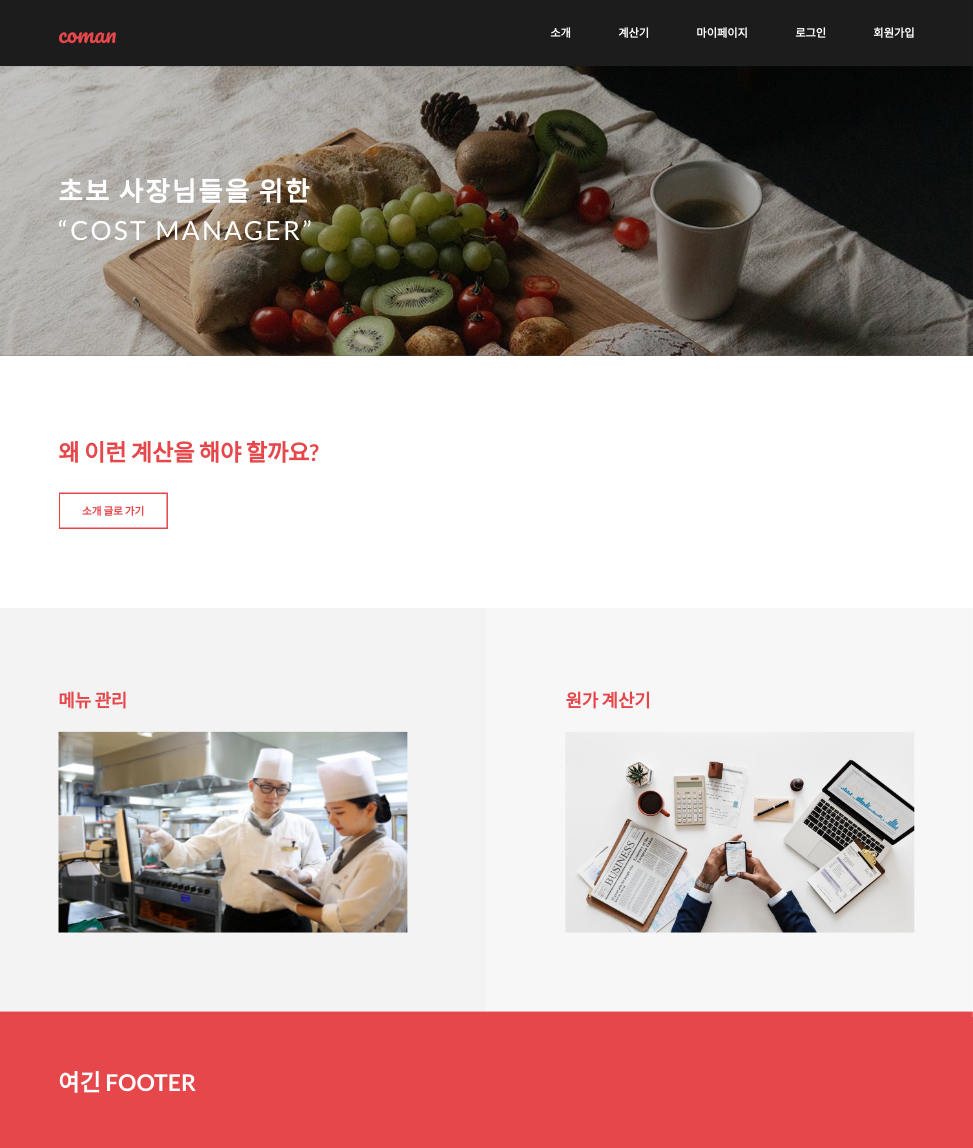
Repository: sseongsu/web1
Page: http://localhost/Project/
These files come from the project's save history. The page is drawn as it stood at one moment and after the next save; the edit follows.
The browser window is 1280 px wide. The pictures show the whole page, at 76% of full size.
The page is served by Tomcat 9. Other server files are loaded and not shown.

Above is the page before, as saved 2021-03-12 05:44:49.

### Project/src/main/webapp/index.jsp
<%@ page language="java" contentType="text/html; charset=UTF-8"
    pageEncoding="UTF-8"%>
<!DOCTYPE html>
<html>
	<head>
		<title>index</title>
		<meta charset="utf-8" />
		<meta name="viewport" content="width=device-width, initial-scale=1, user-scalable=no" />
		<link rel="stylesheet" href="assets/css/main.css" />
	</head>
	<body>

		<!-- Header -->
			<header id="header">
				<div class="inner">
					<a href="index.jsp" class="logo">coman</a>
					<nav id="nav">
						<a href="index.html">소개</a>
						<a href="generic.html">계산기</a>
						<a href="generic.html">마이페이지</a>
						<a href="./login.spring">로그인</a>
						<a href="./join.spring">회원가입</a>
					</nav>
				</div>
			</header>
			<a href="#menu" class="navPanelToggle"><span class="fa fa-bars"></span></a>

		<!-- Banner -->
			<section id="banner">
				<div class="inner">
					<h1> 초보 사장님들을 위한<span><br />
					“Cost Manager”</span></h1>
					<ul class="actions">
						<!-- <li><a href="#" class="button alt">소개 글로</a></li> -->
					</ul>
				</div>
			</section>

		<!-- One -->
		<section id="one">
				<div class="inner">
					<header>
						<h2>왜 이런 계산을 해야 할까요?</h2>
					</header>
					<ul class="actions">
						<li><a href="#" class="button alt">소개 글로 가기</a></li>
					</ul>
				</div>
			</section>

		<!-- Two -->
			<section id="two">
				<div class="inner">
					<article>
						<div class="content">
							<header>
								<h3>메뉴 관리</h3>
							</header>
							<div class="image fit">
								<img src="./images/pica01.png" alt="" />
							</div>
							<!-- <p>lorem ipsum.</p>  -->
						</div>
					</article>
					<article class="alt">
						<div class="content">
							<header>
								<h3> 원가 계산기</h3>
							</header>
							<div class="image fit">
								<img src="./images/pic02.jpg" alt="" />
							</div>
							<!-- <p>lorem ipsum.</p>  -->
						</div>
					</article>
				</div>
			</section>
		<!-- Three -->
		<!--
			<section id="three">
				<div class="inner">
					<article>
						<div class="content">
							<span class="icon fa-laptop"></span>
							<header>
								<h3>메뉴 관리</h3>
							</header>
							<p>Morbi interdum mollis sapien. Sed ac risus. Phasellus lacinia, magna lorem ullamcorper laoreet, lectus arcu.</p>
							<ul class="actions">
								<li><a href="#" class="button alt">Learn More</a></li>
							</ul>
						</div>
					</article>
					<article>
						<div class="content">
							<span class="icon fa-diamond"></span>
							<header>
								<h3>원가 계산기</h3>
							</header>
							<p>Ut convallis, sem sit amet interdum consectetuer, odio augue aliquam leo, nec dapibus tortor nibh sed.</p>
							<ul class="actions">
								<li><a href="#" class="button alt">Learn More</a></li>
							</ul>
						</div>
					</article>
					<article>
					<div class="content">
							<span class="icon fa-laptop"></span>
							<header>
								<h3>공지 사항</h3>
							</header>
							<p>Suspendisse mauris. Fusce accumsan mollis eros. Pellentesque a diam sit amet mi ullamcorper vehicula.</p>
							<ul class="actions">
								<li><a href="#" class="button alt">Learn More</a></li>
							</ul>
						</div>
					</article>
				</div>
			</section>
		 -->

		<!-- Footer -->
			<section id="footer">
				<div class="inner">
					<header>
						<h2>여긴 footer</h2>
					</header>
					<!-- <form method="post" action="#">
						<div class="field half first">
							<label for="name">Name</label>
							<input type="text" name="name" id="name" />
						</div>
						<div class="field half">
							<label for="email">Email</label>
							<input type="text" name="email" id="email" />
						</div>
						<div class="field">
							<label for="message">Message</label>
							<textarea name="message" id="message" rows="6"></textarea>
						</div>
						<ul class="actions">
							<li><input type="submit" value="Send Message" class="alt" /></li>
						</ul>
					</form>
					<div class="copyright">
						&copy; Untitled Design: <a href="https://templated.co/">TEMPLATED</a>. Images <a href="https://unsplash.com/">Unsplash</a>
					</div> -->
				</div>
			</section>

		<!-- Scripts -->
			<script src="assets/js/jquery.min.js"></script>
			<script src="assets/js/skel.min.js"></script>
			<script src="assets/js/util.js"></script>
			<script src="assets/js/main.js"></script>

	</body>
</html>

Loaded but not shown: Project/src/main/webapp/assets/js/jquery.min.js (library); Project/src/main/webapp/assets/js/skel.min.js (library); Project/src/main/webapp/assets/css/font-awesome.min.css (library); Project/src/main/webapp/assets/js/util.js (587 lines, source omitted); Project/src/main/webapp/assets/js/main.js (72 lines, source omitted); Project/src/main/webapp/assets/css/main.css (3958 lines, source omitted)

After the next save:
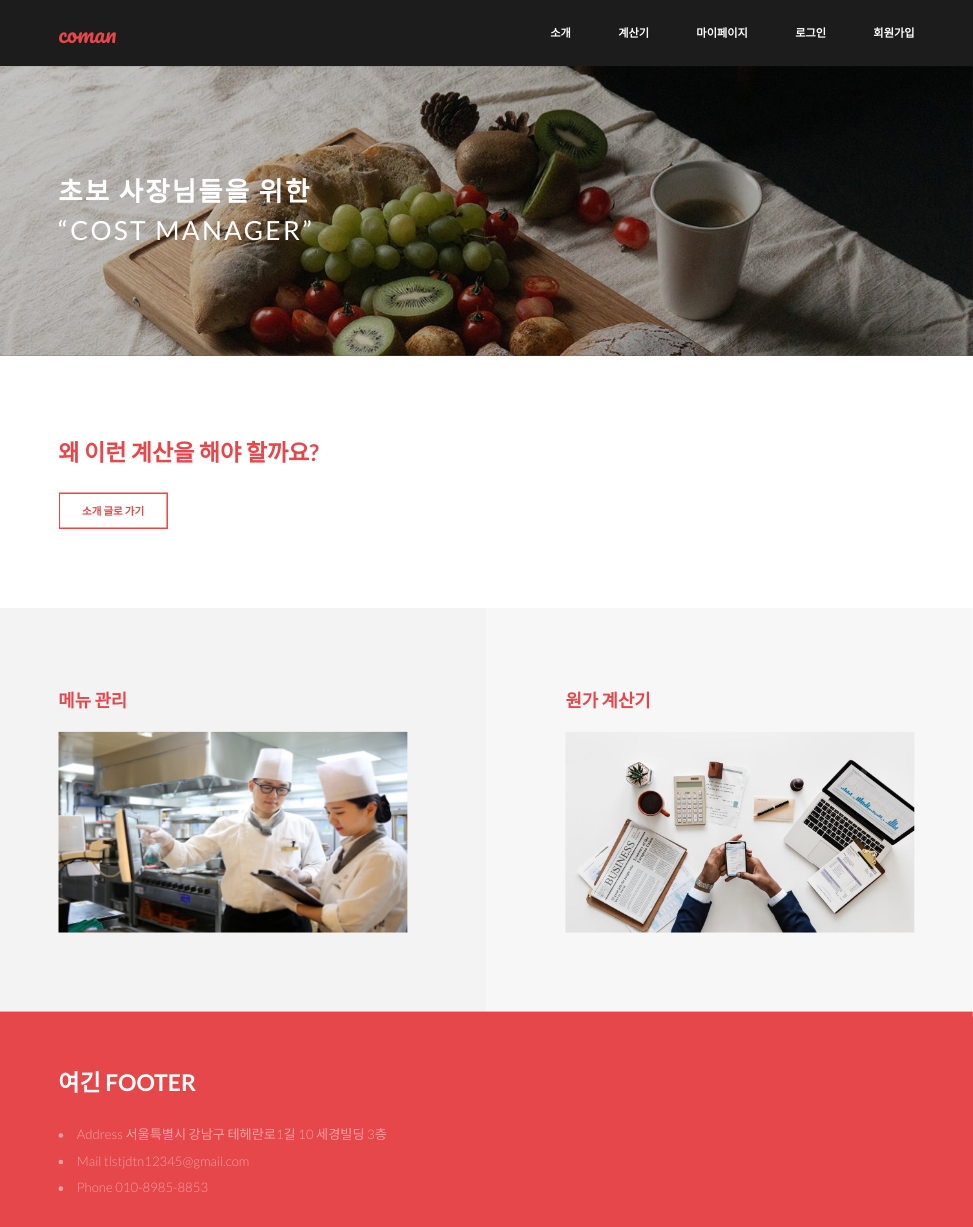
Saved 27 s later.
--- a/Project/src/main/webapp/index.jsp
+++ b/Project/src/main/webapp/index.jsp
@@ -124,7 +124,12 @@
 				<div class="inner">
 					<header>
 						<h2>여긴 footer</h2>
+
 					</header>
+
+					<li class="first"><span class="address">Address</span> <span class="address-01">서울특별시 강남구 테헤란로1길 10 세경빌딩 3층</span> </li>
+					<li> <span class="mail">Mail</span> <span class="mail-01">tlstjdtn12345@gmail.com</span> </li>
+					<li> <span class="phone">Phone</span> <span class="phone-01">010-8985-8853</span> </li>
 					<!-- <form method="post" action="#">
 						<div class="field half first">
 							<label for="name">Name</label>
